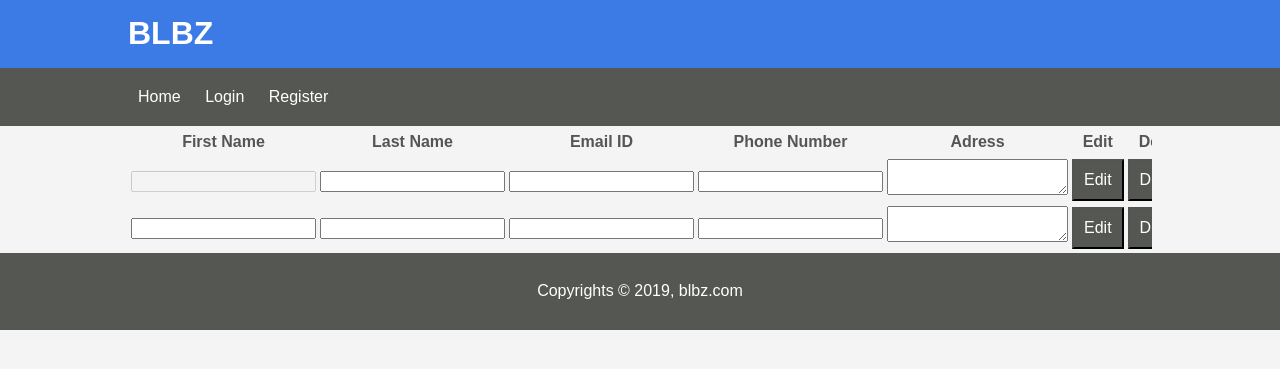
Repository: Kutty39/WebApps
Page: http://localhost/WebPageApp1/editpage.jsp
The author's editor kept a copy of each file at every save. The page is drawn from the files as they stood at one save, then again after the next save.
The browser window is 1280 px wide. The pictures show the whole page.
The page is served by Tomcat 9. Other server files are loaded and not shown.

Above is the page before, as saved 2019-12-09 13:51:07.

### LoginRegistrationPage/WebPageApp1/src/main/webapp/editpage.jsp
<%@ page language="java" contentType="text/html; charset=UTF-8"
pageEncoding="UTF-8"%>
<!DOCTYPE html>
<html>
<head>
<title>My Page</title>
<link href="CSS/mycss.css" rel="stylesheet" type="text/css">
<script
	src="https://ajax.googleapis.com/ajax/libs/jquery/3.4.1/jquery.min.js"></script>
<script src="JS/myjs.js"></script>
</head>
<body>
	<header class="head">
		<div class="container">
			<h1>BLBZ</h1>
		</div>
	</header>
	<nav class="nav-bar">
		<div class="container">
			<ul>
				<li><a class="button home">Home</a></li>
				<li><a class="button login">Login</a></li>
				<li><a class="button register">Register</a></li>
				<li><a class="button data" hidden>Date Tab</a></li>
				<li><a class="button userprof" hidden>User Profile</a></li>
				<li><a class="button logout" hidden>Log Out</a></li>
			</ul>
		</div>
	</nav>
	<section class="main">
		<div id="ajx" class="container">
			<table class="credtbl">
				<tr>
					<th>First Name</th>
					<th>Last Name</th>
					<th>Email ID</th>
					<th>Phone Number</th>
					<th>Adress</th>
					<th>Edit</th>
					<th>Delete</th>
				</tr>
				<tr>
					<td><input class="tr-1 td-1" type="text" name="fname"
						required="required" disabled="disabled"></td>
					<td><input class="tr-1 td-2" type="text" name="lname"
						required="required"></td>
					<td>
						<p class="hd-lbl eid" hidden>*Mandatory field</p> <input
						class="tr-1 td-3" type="text" id="eid" name="eid"
						required="required">
					</td>
					<td>
						<p class="hd-lbl phn" hidden>*Mandatory field</p> <input
						class="tr-1 td-4" type="text" name="phn" required="required">
					</td>
					<td><textarea class="tr-1 td-5" name="adrs"
							required="required"></textarea></td>
					<td><input class="tr-1 td-6 button" type="submit" value="Edit"></td>
					<td><input class="button tr-1 td-7" type="submit"
						value="Delete"></td>
				</tr>
				<tr>
					<td><input class="tr-1 td-1" type="text" name="fname"
						required="required"></td>
					<td><input class="tr-1 td-2" type="text" name="lname"
						required="required"></td>
					<td>
						<p class="hd-lbl eid" hidden>*Mandatory field</p> <input
						class="tr-1 td-3" type="text" id="eid" name="eid"
						required="required">
					</td>
					<td>
						<p class="hd-lbl phn" hidden>*Mandatory field</p> <input
						class="tr-1 td-4" type="text" name="phn" required="required">
					</td>
					<td><textarea class="tr-1 td-5" name="adrs"
							required="required"></textarea></td>
					<td><input class="tr-1 td-6 button" type="submit" value="Edit"></td>
					<td><input class="button tr-1 td-7" type="submit"
						value="Delete"></td>
				</tr>
			</table>
		</div>
	</section>
	<footer>
		<div class="container">Copyrights &copy; 2019, blbz.com</div>
	</footer>
</body>
</html>

### LoginRegistrationPage/WebPageApp1/src/main/webapp/CSS/mycss.css
@charset "UTF-8";
*{
	box-sizing: border-box;}
body {
	background-color: #f4f4f4;
	color: #555;
	font-family: Arial, Helvetica, sans-serif;
	font-size: 16px;
	line-height: 1.6em;
	margin: 0;
	background-color: #f4f4f4;
}

p.hd-lbl {
	padding: 0;
	margin: 0;
	width: 100%;
	font-family: monospace;
	line-height: 1rem;
}

.hd-lbl {
	color: red;
	font-size: 0.7rem;
}

.container {
	width: 80%;
	margin: auto;
	overflow: hidden;
}

.form-header {
	text-align: center;
	width: 100%;
	margin: auto;
	margin-bottom: 1em;
	padding: 1px;
	background-color: #f57900;
}

.form-container, .out-container {
	width: 50%;
	background-color: white;
	margin: auto;
	overflow: hidden;
	border: 1rem #ccc solid;
	padding: 2em;
}

.button {
	background-color: #555753;
	padding: 10px;
	color: white;
	font-size: 1em;
}

.my-form input[type="text"], .my-form textarea, .my-form input[type="password"]
	{
	width: 100%;
	padding: 0.5rem;
	margin-bottom: 0.5rem;
	font-size: 1em;
	box-sizing: border-box
}

.head {
	background: #3c7be5;
}

.head h1 {
	color: white;
}

.nav-bar {
	background-color: #555753;
}

.nav-bar ul {
	padding-left: 0;
	list-style: none;
	text-decoration: none;
	list-style: none;
}

.nav-bar li {
	display: inline;
}

.nav-bar a {
	text-decoration: none;
}

.nav-bar a:hover {
	background: white;
	color: black;
}

footer {
	background-color: #555753;
	color: white;
	text-align: center;
	padding: 2%;
}

@media ( max-width : 600px) {
	nav, article {
		width: 100%;
		height: auto;
	}
}
/* body{
	font: bold 100% Arial,Helvetica,sans-serif;
}
.btn {
	border-radius: 15px;
	padding: 5px;
	background: aqua;
}

.btn:hover {
	background-color: buttonface;
}

.box-1 {
	text-align:center;
	border-radius: 5px;
	background-color: #f2f2f2;
	padding: 5%;
	margin: auto;
	width: 80%
}
.box-1 h2{
	text-transform: capitalize;
	letter-spacing: 0.1em;
} */

### LoginRegistrationPage/WebPageApp1/src/main/webapp/JS/myjs.js
$(document).ready(function() {
	// this will bind the method for currently available elements
	$("a.button").click(loadpage);
	// this on method will bind the methods to future elements
	$("#ajx").on("blur","input[type!='submit']",($(this), mandChecker));
	$("#ajx").on("keyup","input[type!='submit']",($(this), mandChecker));
	$("#ajx").on("blur","#eid",check);
	$("#ajx").on("blur","#usr",check);
	$("#ajx").on("submit","#regForm",function(e){
		var s=true;
			$("p.hd-lbl").each(function() {
				if (this.style.display === "block") {
					s=false;
				}
			});
			if(s){
			$.ajax({
				type : "POST",
				url : "regestration",
				data :$("#regForm").serialize(),
				success : function(msg) {
					$("#ajx").html(msg);
				},
				dataType : "html"
			});
			}
			e.preventDefault();
	});


	$("#ajx").on("submit","#lgnForm",function(e){
		var s=true;
		$("#errormsg").hide();
		$("#successmsg").hide();
			$("p.hd-lbl").each(function() {
				if (this.style.display === "block") {
					s=false;
				}
			});
			if(s){
				$.post("login",$("#lgnForm").serialize(),function(msg) {
					if(msg.search("Login")<0){
						lognaction();}
						$("#ajx").html(msg);
					});
				}
		e.preventDefault();
	});


	$("#ajx").on("submit","#profForm",function(e){
		let s = true;
		$("p.hd-lbl").each(function() {
			if (this.style.display === "block") {
				s=false;
				return;
			}
		});
		if(s){
			$.post("update",$("#profForm").serialize(),function(msg) {
				alert(msg);
			});
		}
		 e.preventDefault();
	});

});

function lognaction(){
	$("a.button").each(function(){
		if($(this).attr('class').indexOf("home")<=0){
		$(this).toggle();}
	});
}
function logconfirm(){
	$("a.button.login").hide()
	$("a.button.register").hide();
	$("a.button.userprof").show();
	$("a.button.logout").show();
}


function loadpage() {
	var cls = $(this).attr("class").replace("button ","");
	console.log(cls.replace("button ",""));
	$.ajax({
		type : "post",
		url : "switchpage",
		data : {"page" : cls},
		success : function(msg) {
			if(cls=="logout"){
				lognaction();
			}
			$("#ajx").html(msg);
		},
		dataType : "html"
	});
}

function check(){
	var obj=$(this);
	if(obj!=null){
	$.ajax({
		type : "post",
		url : "validate",
		data : {"email":obj.val()},
		success : function(msg) {
			if(msg==="true"){
				if(obj.attr("name")==="eid"){
				$(".hd-lbl.eid").text("*Email alread exists.");
				$(".hd-lbl.eid").show();
				}if(obj.attr("name")==="username"){
					$(".hd-lbl.username").hide();
				}
			}else{
				if(obj.attr("name")==="username"){
					$(".hd-lbl.username").text("*Email is not exists. please register and come back");
					$(".hd-lbl.username").show();
				}else if(obj.attr("name")==="eid"){
					$(".hd-lbl.eid").hide();
				}
			}
		}
	});
	}
}

function mandChecker(element) {
	var val = element.target.value;
	var name = element.target.name;
	var obj = $(".hd-lbl." + name);
	if (val === "") {
		obj.show();
	} else {
		obj.show();
		var regx = "";
		if (name === "phn") {
			regx = /^\d{10}$/;
			if (regx.test(val)) {
				obj.hide();
			} else {
				obj.text("* Phone number should be 10 digit");
			}
		} else if (name === "eid") {
			regx = /^[a-zA-z\d._-]+\@[a-zA-Z\d.-]+\.[a-zA-Z]{2,4}$/;
			if (regx.test(val)) {
				obj.hide();
			} else {
				obj.text("* Please enter valid email.");
			}
		} else if (name === "pas") {
			regx = /^((?=.*[a-z])(?=.*[A-Z])(?!.*\s)(?=.*[@$!%*?&])).{8,15}$/;
			if (regx.test(val)) {
				obj.hide();
			} else {
				obj.show();
			}
		} else if (name === "conpas") {
			var ps = $("input[name='pas']").val();
			if (val === ps) {
				obj.hide();
			} else {
				obj.show();
			}
		} else {
			obj.hide();
		}
	}
}

After the next save:
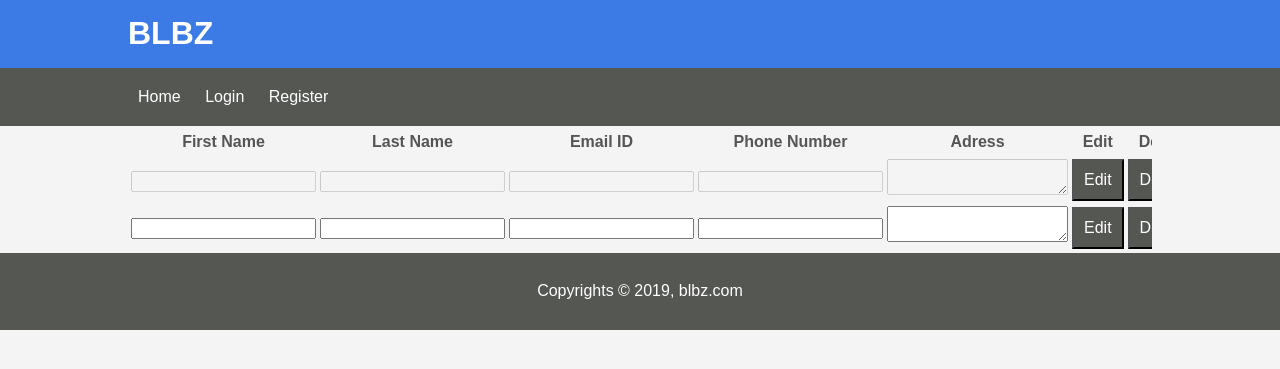
Saved 33 s later.
--- a/LoginRegistrationPage/WebPageApp1/src/main/webapp/editpage.jsp
+++ b/LoginRegistrationPage/WebPageApp1/src/main/webapp/editpage.jsp
@@ -43,18 +43,18 @@ pageEncoding="UTF-8"%>
 					<td><input class="tr-1 td-1" type="text" name="fname"
 						required="required" disabled="disabled"></td>
 					<td><input class="tr-1 td-2" type="text" name="lname"
-						required="required"></td>
+						required="required" disabled="disabled"></td>
 					<td>
 						<p class="hd-lbl eid" hidden>*Mandatory field</p> <input
 						class="tr-1 td-3" type="text" id="eid" name="eid"
-						required="required">
+						required="required" disabled="disabled">
 					</td>
 					<td>
 						<p class="hd-lbl phn" hidden>*Mandatory field</p> <input
-						class="tr-1 td-4" type="text" name="phn" required="required">
+						class="tr-1 td-4" type="text" name="phn" required="required" disabled="disabled">
 					</td>
 					<td><textarea class="tr-1 td-5" name="adrs"
-							required="required"></textarea></td>
+							required="required" disabled="disabled"></textarea></td>
 					<td><input class="tr-1 td-6 button" type="submit" value="Edit"></td>
 					<td><input class="button tr-1 td-7" type="submit"
 						value="Delete"></td>
